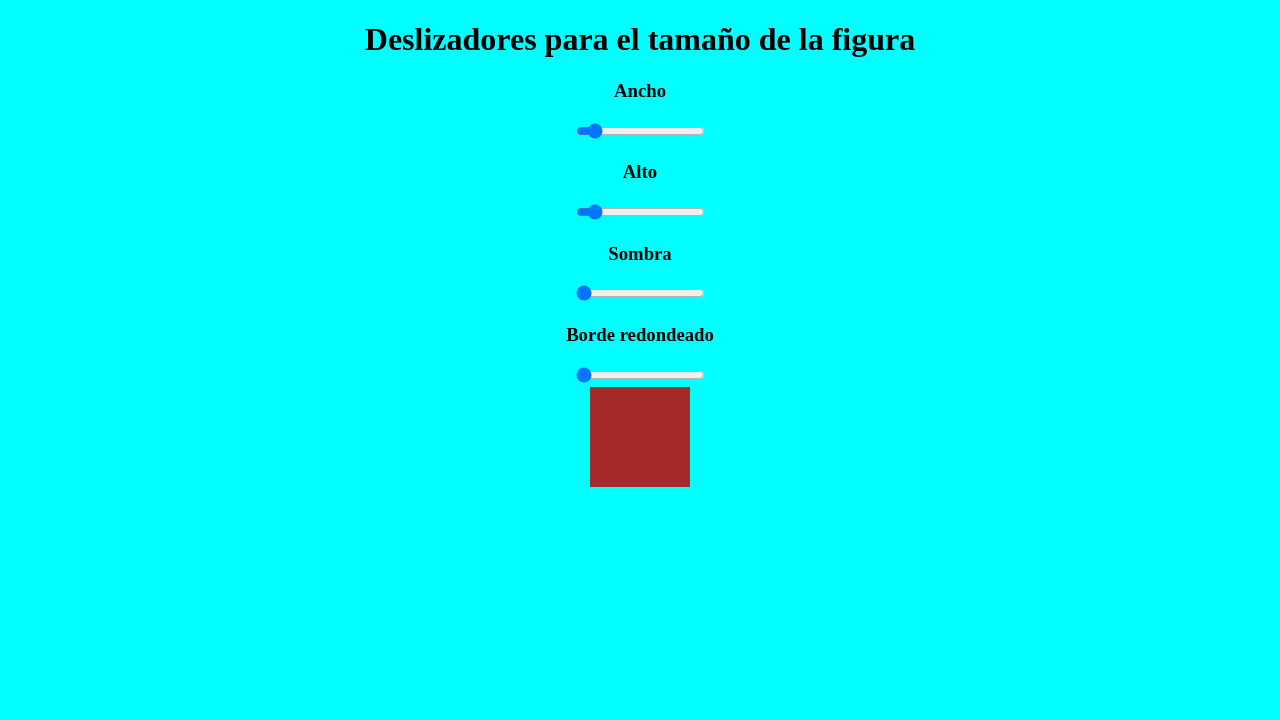
Repository: Kevin8548/Ejercicios-DOM
Page: Deslizador.html
The author's editor kept a copy of each file at every save. The page is drawn from the files as they stood at one save, then again after the next save.
The browser window is 1280 px wide. The pictures show the whole page.

Above is the page before, as saved 2024-10-08 12:02:46.

### Deslizador.html
<!DOCTYPE html>
<html lang="es">
<head>
    <meta charset="UTF-8">
    <meta name="viewport" content="width=device-width, initial-scale=1.0">
    <title>Deslizadores</title>
    <link rel="stylesheet" href="deslizadores.css">
</head>
<body>
    <h1>Deslizadores para el tamaño de la figura</h1>
    <div>
        <h3>Ancho</h3>
        <input type="range" id="sliderAncho" min="0" max="1000" value="100" step="1">
        <h3>Alto</h3>
        <input type="range" id="sliderAlto" min="0" max="1000" value="100" step="1">
        <h3>Sombra</h3>
        <input type="range" id="sliderSombra" min="0" max="500" value="0" step="1">
        <h3>Borde redondeado</h3>
        <input type="range" id="sliderEsquina" min="0" max="50" value="0" step="1">
    </div>
    <div class="div"></div>

    <script src="./colorsbg/deslizador.js"></script>
</body>
</html>

### deslizadores.css
body {
    background-color: aqua;
    text-align: center;
}

.div {
    width: 100px;
    height: 100px;
    background-color: brown;
    margin: 0 auto;
}

### colorsbg/deslizador.js
const sliderAncho = document.getElementById('sliderAncho');
const sliderAlto = document.getElementById('sliderAlto');
const sliderBorde = document.getElementById('sliderBorde');
const sliderSombra = document.getElementById('sliderSombra');
const sliderEsquina = document.getElementById('sliderEsquina');
const div = document.querySelector('.div');

sliderAncho.addEventListener('input', function() {
    const nuevoAncho = sliderAncho.value + 'px';
    div.style.width = nuevoAncho;
});

sliderAlto.addEventListener('input', function() {
    const nuevoAlto = sliderAlto.value + 'px';
    div.style.height = nuevoAlto;
});

sliderSombra.addEventListener('input', function() {
    const sombra = sliderSombra.value + 'px';
    div.style.boxShadow = `0 0 ${sombra} rgba(0, 0, 0, 1)`;
});

sliderEsquina.addEventListener('input', function() {
    div.style.borderRadius = `${sliderEsquina.value}px`;
});

After the next save:
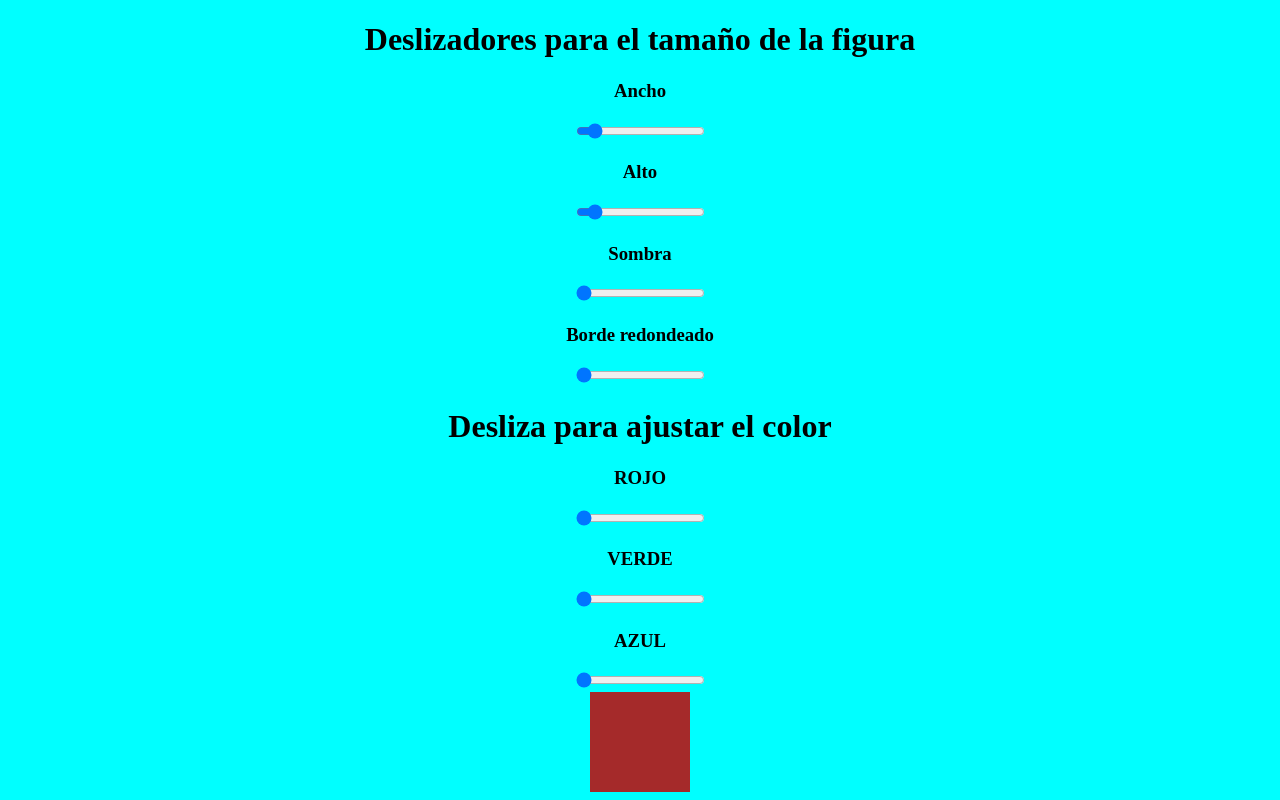
Saved 2 min 27 s later.
--- a/Deslizador.html
+++ b/Deslizador.html
@@ -17,6 +17,17 @@
         <input type="range" id="sliderSombra" min="0" max="500" value="0" step="1">
         <h3>Borde redondeado</h3>
         <input type="range" id="sliderEsquina" min="0" max="50" value="0" step="1">
+
+        <h1>Desliza para ajustar el color</h1>
+    <h3>ROJO</h3>
+    <input type="range" id="Rojo" min="0" max="255" value="0" step="1" oninput="nuevoColor()">
+    <span id="RojoValue"></span>
+    <h3>VERDE</h3>
+    <input type="range" id="Verde" min="0" max="255" value="0" step="1" oninput="nuevoColor()">
+    <span id="VerdeValue"></span>
+    <h3>AZUL</h3>
+    <input type="range" id="Azul" min="0" max="255" value="0" step="1" oninput="nuevoColor()">
+    <span id="AzulValue"></span>
     </div>
     <div class="div"></div>
 
